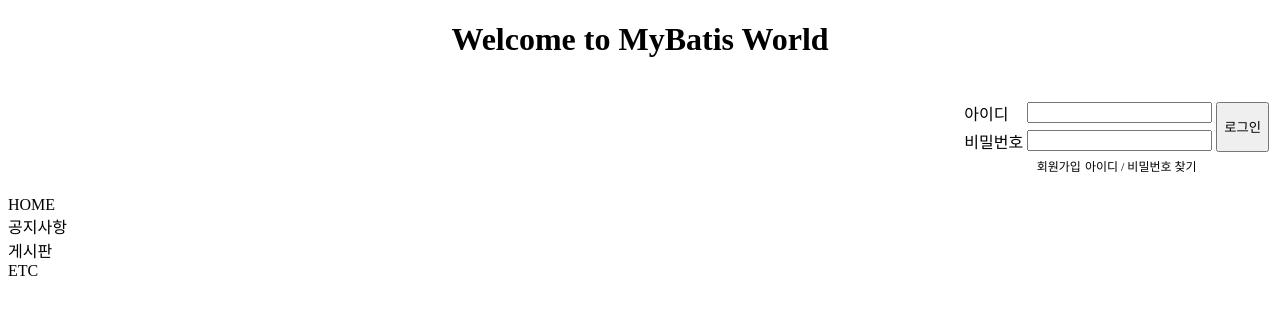
Repository: kimalbab/07_mybatis
Page: http://localhost/mybatisProject/
These files come from the project's save history. The page is drawn as it stood at one moment and after the next save; the edit follows.
The browser window is 1280 px wide. The pictures show the whole page.
The page is served by Tomcat 9.

Above is the page before, as saved 2022-08-12 06:04:09.

After the next save:
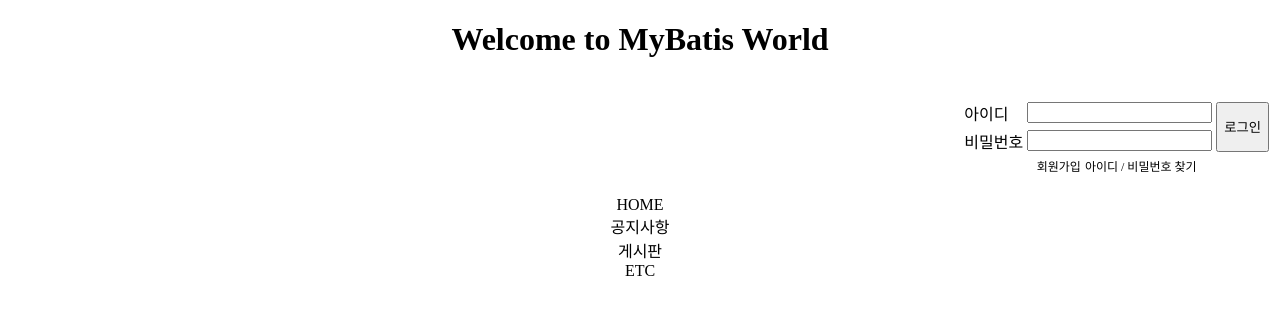
Saved 19 s later.
--- a/mybatisProject/src/main/webapp/WEB-INF/views/common/menubar.jsp
+++ b/mybatisProject/src/main/webapp/WEB-INF/views/common/menubar.jsp
@@ -60,7 +60,7 @@
 
 	</div>
 	<br>
-	<div class="nav-area">
+	<div class="nav-area" align="center">
 		<div class="menu">HOME</div>
 		<div class="menu">공지사항</div>
 		<div class="menu">게시판</div>
